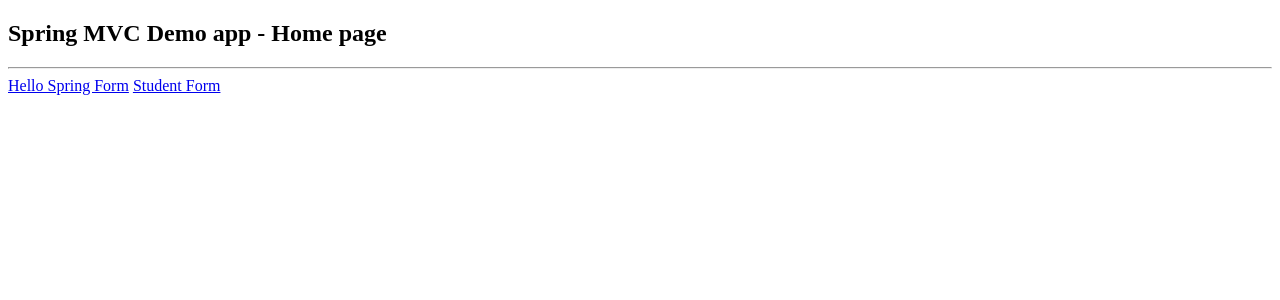
Repository: Mostafayehya/Spring-Hibernate-for-beginners-course-code
Page: http://localhost/spring-mvc-demo/
These files come from the project's save history. The page is drawn as it stood at one moment and after the next save; the edit follows.
The browser window is 1280 px wide. The pictures show the whole page.
The page is served by Tomcat 9. Other server files are loaded and not shown.

Above is the page before, as saved 2019-12-01 17:49:42.

### spring-mvc-demo/WebContent/WEB-INF/view/main-menu.jsp
<!DOCTYPE html>
<html>
<body>
<h2>Spring MVC Demo app - Home page</h2>

<hr>
<a href="hello/showForm">Hello Spring Form</a>

<a href="student/showForm">Student Form</a>
</body>
</html>

After the next save:
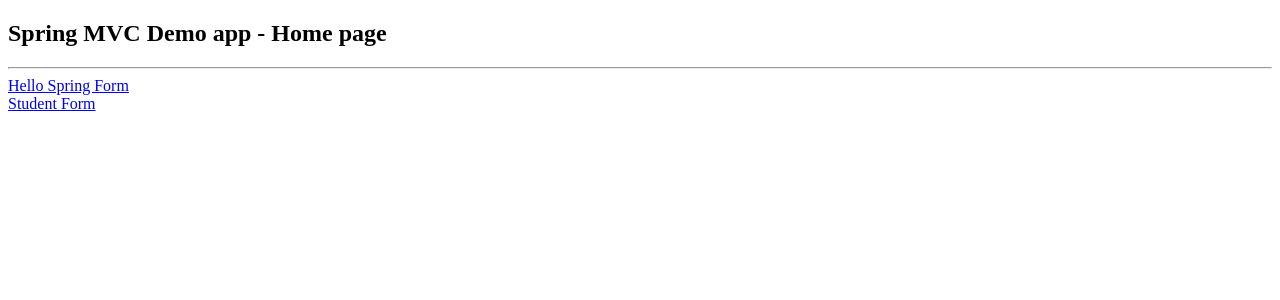
Saved 91 s later.
--- a/spring-mvc-demo/WebContent/WEB-INF/view/main-menu.jsp
+++ b/spring-mvc-demo/WebContent/WEB-INF/view/main-menu.jsp
@@ -1,11 +1,11 @@
 <!DOCTYPE html>
 <html>
 <body>
-<h2>Spring MVC Demo app - Home page</h2>
+	<h2>Spring MVC Demo app - Home page</h2>
 
-<hr>
-<a href="hello/showForm">Hello Spring Form</a>
-
-<a href="student/showForm">Student Form</a>
+	<hr>
+	<a href="hello/showForm">Hello Spring Form</a>
+	<br>
+	<a href="student/showForm">Student Form</a>
 </body>
 </html>
